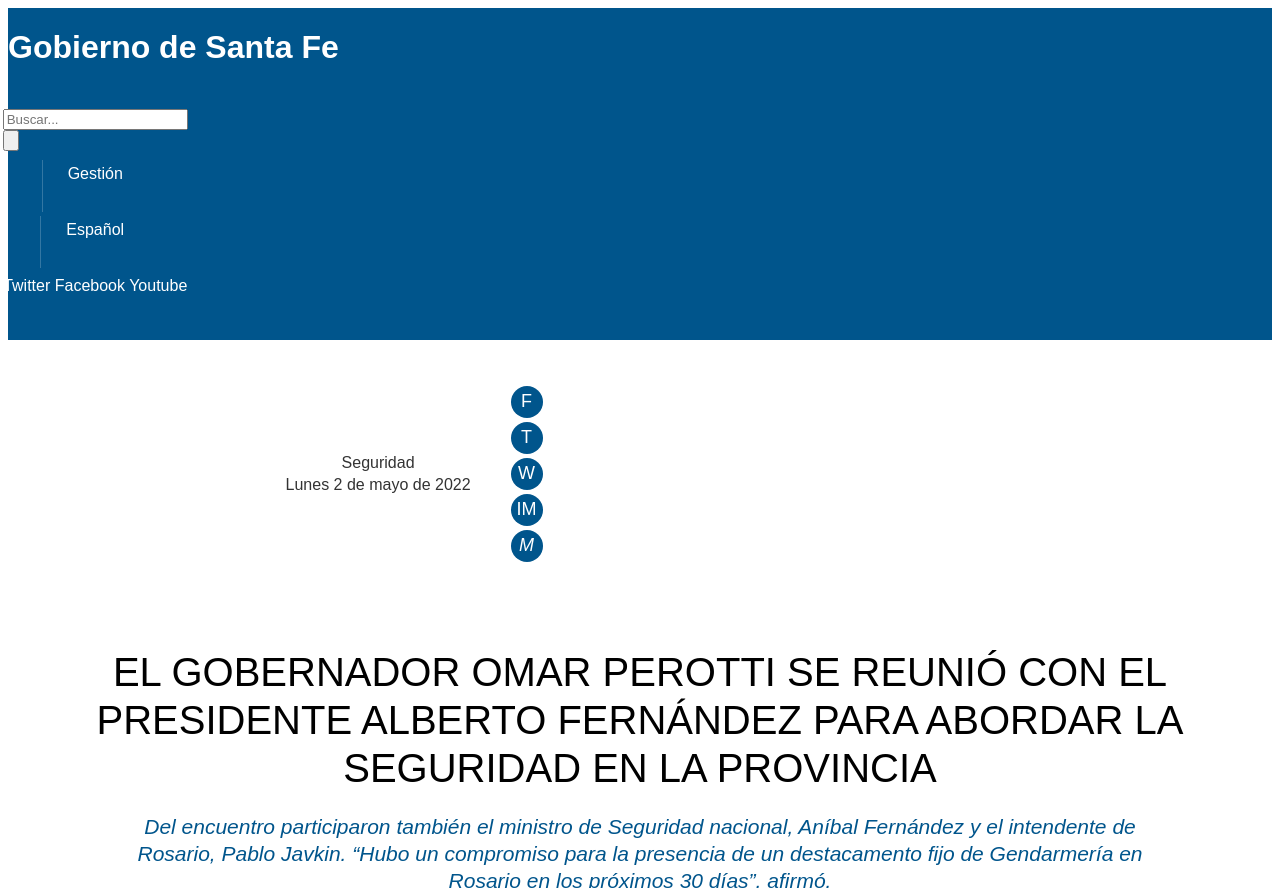
Repository: Larrowo/LPPA
Page: Clase 4/index.html
The author's editor kept a copy of each file at every save. The page is drawn from the files as they stood at one save, then again after the next save.
The browser window is 1280 px wide. The pictures show the part of the page from y = 0 to 888 px (the page is 2987 px tall before and 2979 px after).
A picture or video elsewhere on the page could not be fetched, so the positions and the page height are approximate.

Above is the page before, as saved 2022-05-03 14:27:46.

After the next save:
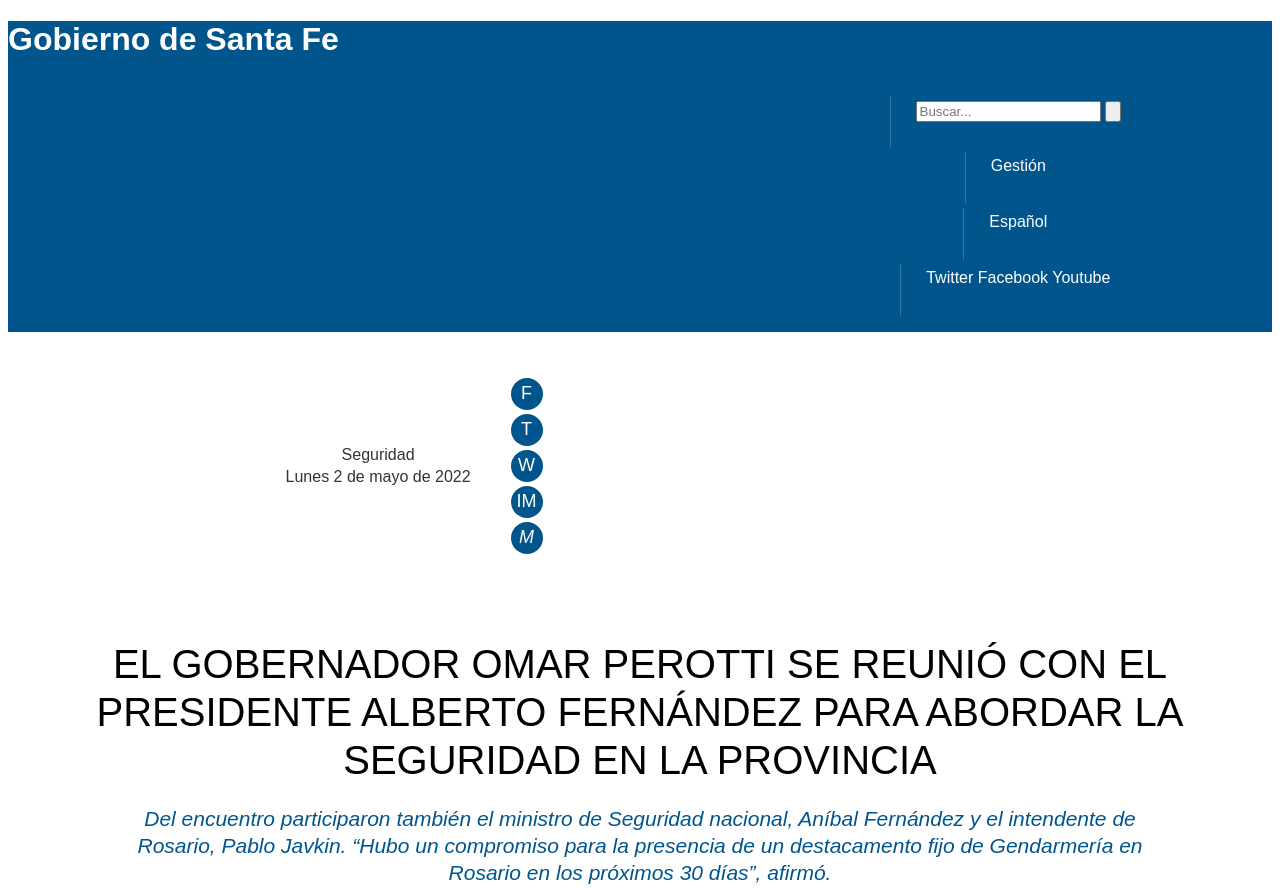
Saved 10 s later.
--- a/Clase 4/style.css
+++ b/Clase 4/style.css
@@ -54,10 +54,10 @@
   color: #000;
 }
 #site-header {
-  display: flex;
+  /* display: flex;
   align-items: baseline;
   gap: 1rem;
-  font-family: "Poppins", sans-serif;
+  font-family: "Poppins", sans-serif; */
   background-color: #00558c;
 }
 

After the 4 saves that followed:
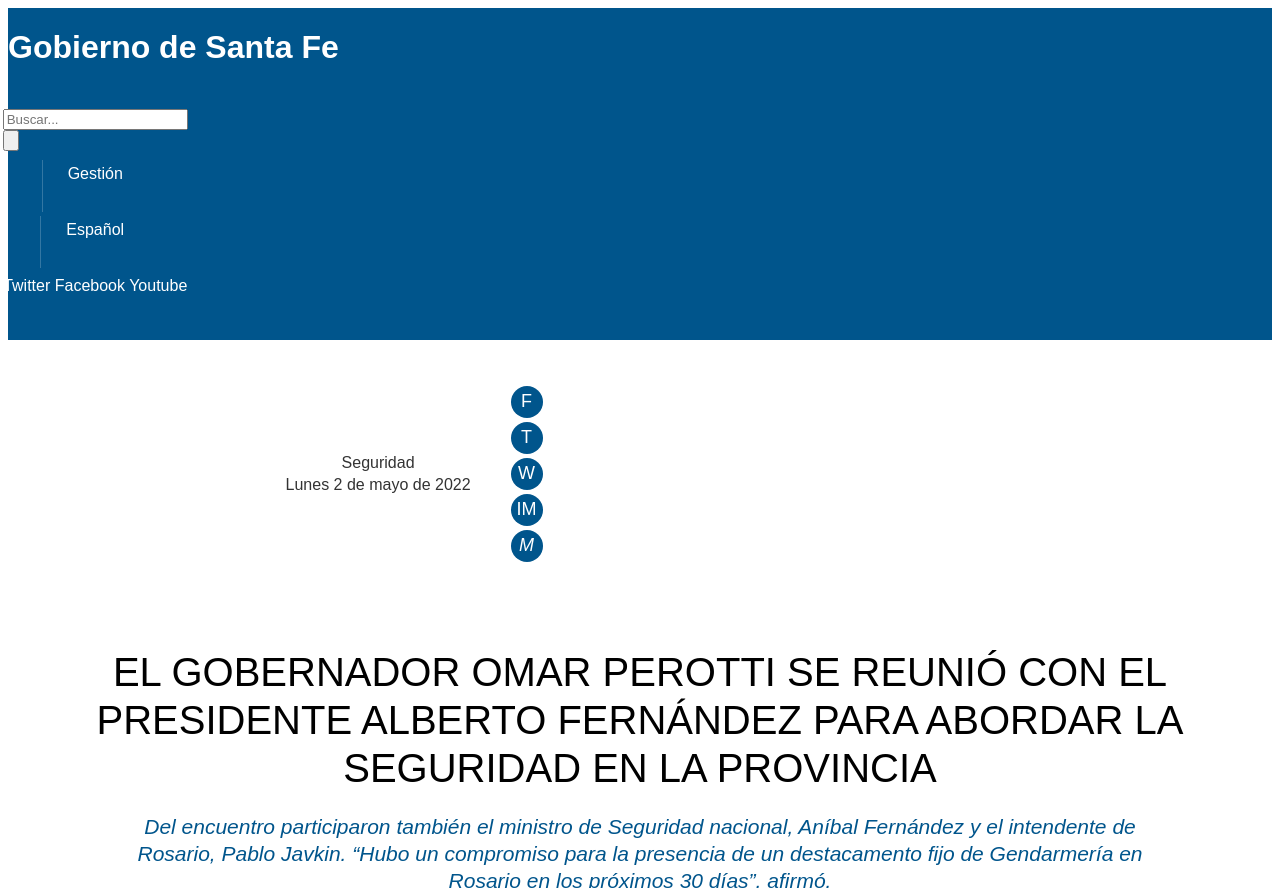
The 4 saves are shown as one change because 3 left the picture as it was.
The last was saved 42 s later.
--- a/Clase 4/style.css
+++ b/Clase 4/style.css
@@ -54,10 +54,10 @@
   color: #000;
 }
 #site-header {
-  /* display: flex;
+   display: flex;
   align-items: baseline;
   gap: 1rem;
-  font-family: "Poppins", sans-serif; */
+  font-family: "Poppins", sans-serif;
   background-color: #00558c;
 }
 
